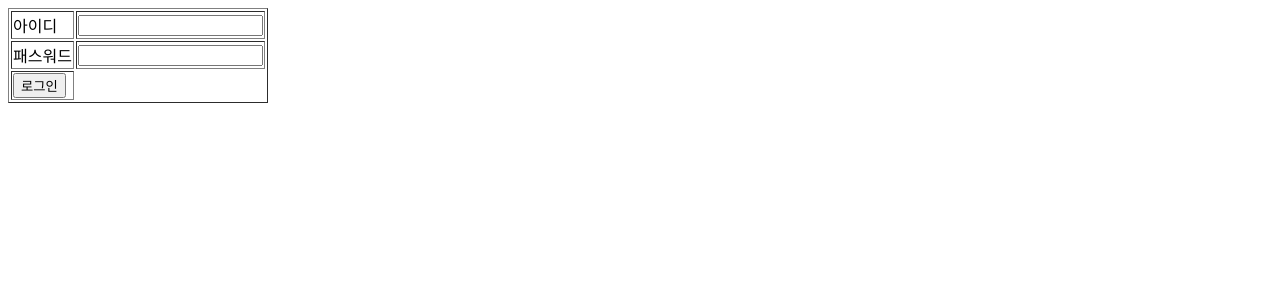
Repository: kisunssong/jsp
Page: test/WebContent/form.tag.htm
The author's editor kept a copy of each file at every save. The page is drawn from the files as they stood at one save, then again after the next save.
The browser window is 1280 px wide. The pictures show the whole page.

Above is the page before, as saved 2020-11-16 12:08:16.

After the next save:
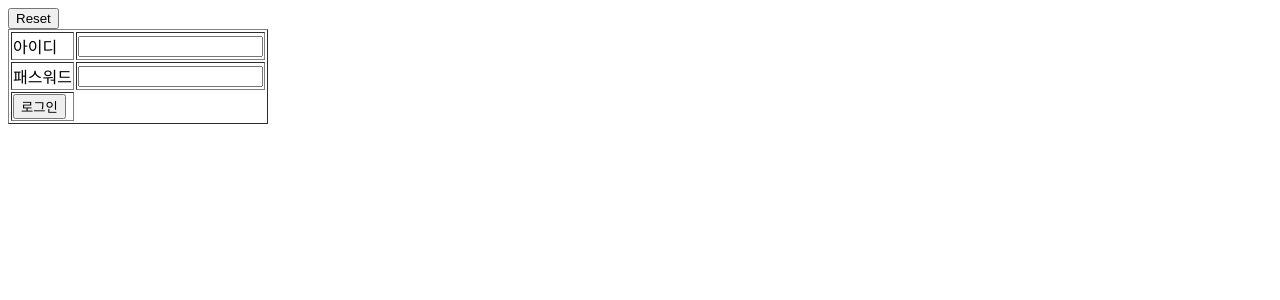
Saved 4 min 42 s later.
--- a/test/WebContent/form.tag.htm
+++ b/test/WebContent/form.tag.htm
@@ -19,7 +19,16 @@
     enctype : 대용량의 파일의 데이터 속성을 지정한다.
 
         구성태그
-    <input></input>
+    <input>
+    1.type
+    text : 한줄 입력을 받을 때 사용하는 형식
+    password : 비밀번호 형태로 입력받을 때 사용하는 형식
+    radio : 상호베타적 선택 (1개만 선택)
+    checkbox : 다중 선택
+    button : 자바스크립트와 연계해서 사용
+    submit : 폼의 내용을 action에서 지정한 주소로 보낼 때 사용
+    reset
+    </input>
     -->
     <form action="http://www.naver.com/index.html">
     <table border="1">
@@ -39,6 +48,7 @@
          <input type="submit" value="로그인">
        </td>
      </tr>
+     <div><input type="reset"></div>
     </table>
     </form>
 </body>
